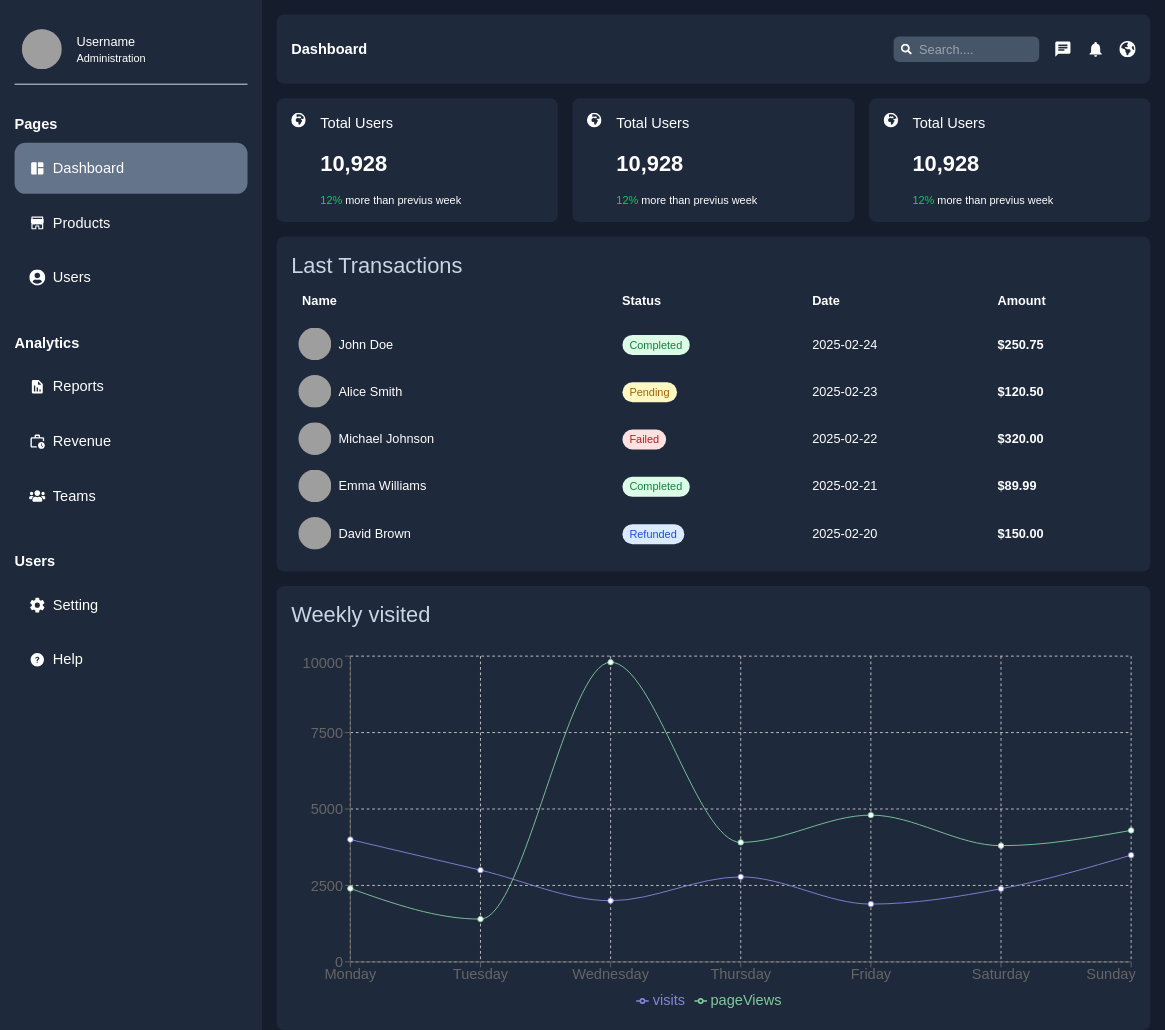
Repository: Than-sothearak/next-computer-admin
Page: /dashboard
These files come from the project's save history. The page is drawn as it stood at one moment and after the next save; the edit follows.
The browser window is 1280 px wide. The pictures show the whole page, at 91% of full size.
Pictures or frames that could not be fetched are drawn as grey boxes. The project was rebuilt for these pictures with package versions that can differ from the ones it lists, and the page was loaded fresh each time. The framework's server and built-in components were replaced by stand-ins that run in the browser. Also part of the build but not shown: next.config.mjs.

Above is the page before, as saved 2025-02-24 23:50:34.

### app/layout.js
import { Geist, Geist_Mono } from "next/font/google";
import "./globals.css";

const geistSans = Geist({
  variable: "--font-geist-sans",
  subsets: ["latin"],
});

const geistMono = Geist_Mono({
  variable: "--font-geist-mono",
  subsets: ["latin"],
});

export const metadata = {
  title: "Computer shop admin",
  description: "Computer shop admin",
};

export default function RootLayout({ children }) {
  return (
    <html lang="en">
      <body
        className={`${geistSans.variable} ${geistMono.variable} antialiased`}
      >
        {children}
      </body>
    </html>
  );
}

### app/dashboard/layout.js
import { Navbar } from "@/components/dashboard/navbar/navbar";
import { Sidebar } from "@/components/dashboard/sidebar/sidebar";

export default function DashboardLayout({ children }) {
  return (
    <div className="flex">
      <div className="bg-slate-800">
        <Sidebar />
      </div>
      <div className="w-full mt-4 mx-4">
        <Navbar />
        <div>{children}</div>
      </div>
    </div>
  );
}

### app/dashboard/page.js
import LastTransactionComponent from "@/components/LastTransactionsComponent";
import LineChartComponent from "@/components/LineChartComponent";
import { FaEarthAfrica } from "react-icons/fa6";
const DashboardPage = () => {
  return (
    <>
      <div className="mt-4 rounded-lg flex max-sm:flex-wrap gap-4">
        <div className="w-full justify-start items-start flex gap-4 p-4 bg-slate-800 rounded-lg ">
          <div>
            <FaEarthAfrica />
          </div>
          <div className="flex flex-col gap-4">
            <h2>Total Users</h2>
            <h1 className="text-2xl font-bold">10,928</h1>
            <p className="text-green-500 text-xs">
              12% <span className="text-white">more than previus week</span>
            </p>
          </div>
        </div>

        <div className="w-full justify-start items-start flex gap-4 p-4 bg-slate-800 rounded-lg ">
          <div>
            <FaEarthAfrica />
          </div>
          <div className="flex flex-col gap-4">
            <h2>Total Users</h2>
            <h1 className="text-2xl font-bold">10,928</h1>
            <p className="text-green-500 text-xs">
              12% <span className="text-white">more than previus week</span>
            </p>
          </div>
        </div>

        <div className="w-full justify-start items-start flex gap-4 p-4 bg-slate-800 rounded-lg ">
          <div>
            <FaEarthAfrica />
          </div>
          <div className="flex flex-col gap-4">
            <h2>Total Users</h2>
            <h1 className="text-2xl font-bold">10,928</h1>
            <p className="text-green-500 text-xs">
              12% <span className="text-white">more than previus week</span>
            </p>
          </div>
        </div>
      </div>

      <LastTransactionComponent />

      <LineChartComponent />
    </>
  );
};

export default DashboardPage;

### app/globals.css
@tailwind base;
@tailwind components;
@tailwind utilities;

:root {
    --bg: #151c2c;
    --bgSoft: #182237;
    --text: white;
    --textSoft: #b7bac1;
}

*{
    margin:  0;
    padding: 0;
    box-sizing: border-box;
    font-family:Arial, Helvetica, sans-serif
}

body {
    background-color: var(--bg);
    color: var(--text);
}

a {
    color: inherit;
    text-decoration: none;
}

### components/dashboard/navbar/navbar.js
"use client"
import { FaSearch } from "react-icons/fa";
import { MdChat, MdNotifications } from "react-icons/md";
import { FaEarthAmericas } from "react-icons/fa6";
import { usePathname } from "next/navigation";
export const Navbar = () => {
  const pathName = usePathname()
  return (
    <div className="bg-slate-800 py-6 px-4 rounded-lg w-full flex justify-between items-center">
      <div>
        <h2 className="capitalize font-bold">{pathName.split("/").pop()}</h2>
      </div>
      <div className="flex gap-4 items-center">
        <div className="bg-slate-600 rounded-md w-40 flex relative items-center justify-start pl-2 gap-2 py-2">
          <FaSearch size={12}/>
          <input
            type="text"
            placeholder="Search...."
            className="w-28 text-sm border-none outline-none ring-0 focus:ring-0 focus:outline-none bg-transparent absolute top-0 bottom-0 left-7 overflow-hidden"
          />
        </div>
        <div className="cursor-pointer"><MdChat size={20}/></div>
        <div className="cursor-pointer"><MdNotifications size={20}/></div>
        <div className="cursor-pointer"><FaEarthAmericas size={18}/></div>
      </div>
    </div>
  );
};

### components/dashboard/sidebar/sidebar.js
"use client"
import { useState } from "react";
import { analyticNavigation, pageNavigation, userNavigation } from "@/lib/navLinks";
import { SidebarList } from "@/components/SidebarList";
import { IoMdMenu } from "react-icons/io";
import { IoClose } from "react-icons/io5";
import { SidebarListMobile } from "@/components/SidebarListMobile";

export const Sidebar = () => {
  const [isOpen, setIsOpen] = useState(false);

  return (
    <>

      <div className="mt-2 flex justify-center items-center lg:hidden">
      <span className="text-white text-lg font-semibold"></span>
        <button
          onClick={() => setIsOpen(true)}
          aria-label="Open Sidebar"
          title="Open Sidebar"
        >
          <IoMdMenu size={28} />
        </button>
      </div>
    {/* Mobile side */}
      <div className="lg:hidden ml-1 mt-4 z-50">
        <SidebarListMobile navList={pageNavigation}/>
        <SidebarListMobile navList={analyticNavigation} />
        <SidebarListMobile navList={userNavigation} />
      </div>


      <div
        className={`bg-slate-800 p-4 w-72 fixed top-0 left-0 z-50 transform transition-transform  duration-700 ease-in-out
          ${isOpen ? "translate-x-0" : "-translate-x-full"} lg:translate-x-0 lg:static max-sm:w-full
        `}
      >

        <div className="flex justify-between items-center  lg:hidden">
          <span className="text-white text-lg font-semibold">Menu</span>
          <button
            onClick={() => setIsOpen(false)}
            aria-label="Close Sidebar"
            title="Close Sidebar"
            className="text-white"
          >
            <IoClose size={28} />
          </button>
        </div>


        <div className="cursor-pointer flex items-center gap-4 px-2 py-4 text-white">
          <img className="w-11 h-11 bg-cover rounded-full"src="https://static.vecteezy.com/system/resources/previews/005/544/718/non_2x/profile-icon-design-free-vector.jpg"/>
          <div className="">
            <h1 className="text-sm">Username</h1>
            <p className="text-xs">Administration</p>

          </div>

          </div>
          <hr />

        <SidebarList navList={pageNavigation} />
        <SidebarList navList={analyticNavigation} />
        <SidebarList navList={userNavigation} />
      </div>

      {/* Overlay (closes sidebar when clicked) */}
      {isOpen && (
        <div
          className="fixed inset-0 bg-black bg-opacity-50 lg:hidden"
          onClick={() => setIsOpen(false)}
        />
      )}
    </>
  );
};

### components/LastTransactionsComponent.js
import { latestTransactions } from "@/data/lastTransactions";

export default function LastTransactionComponent () {

    const statusColors = {
        Completed: "bg-green-100 text-green-700",
        Pending: "bg-yellow-100 text-yellow-700",
        Failed: "bg-red-100 text-red-700",
        Refunded: "bg-blue-100 text-blue-700",
      };
    return (
        <div className="mt-4 rounded-lg bg-slate-800 p-4">
        <h1 className="text-2xl text-slate-300">Last Transactions</h1>
        <div>
        <table className="w-full rounded-lg overflow-hidden">
          <thead className="text-sm">
            <tr>
              <th className="p-3 text-left">Name</th>
              <th className="p-3 text-left">Status</th>
              <th className="p-3 text-left">Date</th>
              <th className="p-3 text-left">Amount</th>
            </tr>
          </thead>
          <tbody className="text-sm">
            {latestTransactions.map((transaction, index) => (
              <tr
                key={index}
                className=" transition-all"
              >
                <td className="p-2 flex gap-2 items-center"><img className="object-cover w-9 h-9 rounded-full " src="https://wac-cdn.atlassian.com/dam/jcr:ba03a215-2f45-40f5-8540-b2015223c918/Max-R_Headshot%20(1).jpg?cdnVersion=2574"/>{transaction.name}</td>
                <td className="p-3">
                  <span
                    className={`px-2 py-1 rounded-full text-xs font-medium ${
                      statusColors[transaction.status] || "bg-gray-100 text-gray-700"
                    }`}
                  >
                    {transaction.status}
                  </span>
                </td>
                <td className="p-3">{transaction.date}</td>
                <td className="p-3 font-semibold">${transaction.amount.toFixed(2)}</td>
              </tr>
            ))}
          </tbody>
        </table>
        </div>
      </div>
    )


}

### components/LineChartComponent.js
"use client"
import { LineChart, Line, XAxis, YAxis, CartesianGrid, Tooltip, Legend, ResponsiveContainer } from 'recharts';

const data = [
  {
    name: 'Monday',
    visits: 4000,
    pageViews: 2400,
    bounceRate: 2400,
  },
  {
    name: 'Tuesday',
    visits: 3000,
    pageViews: 1398,
    bounceRate: 2210,
  },
  {
    name: 'Wednesday',
    visits: 2000,
    pageViews: 9800,
    bounceRate: 2290,
  },
  {
    name: 'Thursday',
    visits: 2780,
    pageViews: 3908,
    bounceRate: 2000,
  },
  {
    name: 'Friday',
    visits: 1890,
    pageViews: 4800,
    bounceRate: 2181,
  },
  {
    name: 'Saturday',
    visits: 2390,
    pageViews: 3800,
    bounceRate: 2500,
  },
  {
    name: 'Sunday',
    visits: 3490,
    pageViews: 4300,
    bounceRate: 2100,
  },
];



export default function LineChartComponent() {
    return (
      <div className='mt-4 p-4 bg-slate-800 rounded-lg'>
        <h1 className="text-2xl text-slate-300">Weekly visited</h1>
        <div className='mt-6'>
        <ResponsiveContainer width="100%" height={400}>
        <LineChart data={data}>
          <CartesianGrid strokeDasharray="3 3" />
          <XAxis dataKey="name" />
          <YAxis />
          <Tooltip />
          <Legend />
          <Line type="monotone" dataKey="visits" stroke="#8884d8" />
          <Line type="monotone" dataKey="pageViews" stroke="#82ca9d" />
        </LineChart>
      </ResponsiveContainer>
        </div>
      </div>
    );
  }

### lib/navLinks.js
import { MdSpaceDashboard } from "react-icons/md";
import { AiFillShop } from "react-icons/ai"; // Replace with correct icon if needed
import { FaUserCircle, FaUsers } from "react-icons/fa";
import { BiSolidReport } from "react-icons/bi";
import { MdOutlineWorkHistory } from "react-icons/md";
import { IoSettingsSharp } from "react-icons/io5";
import { IoIosHelpCircle } from "react-icons/io";

export const pageNavigation = {
  name: "Pages",
  links: [ {
    path: "/dashboard",
    name: "Dashboard",
    icon: <MdSpaceDashboard size={18} />,
  },
  {
    path: "/dashboard/products",
    name: "Products",
    icon: <AiFillShop size={18} />,
  },
  {
    path: "/dashboard/users",
    name: "Users",
    icon: <FaUserCircle size={18} />,
  },]
}

export const analyticNavigation = {
  name: "Analytics",
  links: [
    {
      path: "/reports",
      name: "Reports",
      icon: <BiSolidReport size={18} />,
    },
    {
      path: "/revenue",
      name: "Revenue",
      icon: <MdOutlineWorkHistory size={18} />,
    },
    {
      path: "/dashboard/teams",
      name: "Teams",
      icon: <FaUsers size={18} />,
    },
  ]
}

export const userNavigation = {
  name: "Users",
  links: [
    {
      path: "/setting",
      name: "Setting",
      icon: <IoSettingsSharp size={18} />,
    },
    {
      path: "/help",
      name: "Help",
      icon: <IoIosHelpCircle size={18} />,
    },

  ]
}

  ;

### components/SidebarList.js
"use client"
import Link from 'next/link'
import { usePathname } from 'next/navigation';

export const SidebarList = ({navList}) => {
    const pathName = usePathname();
  return (
    <div className="mt-8 font-bold">
    {navList.name}
    <ul className="flex flex-col gap-1 mt-2 cursor-pointer">
      {navList.links.map((item) => (
        <Link
        title={item.name}
          href={item.path}
          key={item.path}
          className={`hover:bg-slate-700 flex gap-2 justify-start items-center ${
            pathName === item.path ? "bg-slate-500 hover:bg-slate-500" : "bg-balck "
          } rounded-xl px-4 py-4`}
        >
          <div>{item.icon}</div>
          <h2 className='font-normal'>{item.name}</h2>
        </Link>
      ))}
    </ul>
  </div>
  )
}

### components/SidebarListMobile.js
"use client"
import Link from 'next/link'
import { usePathname } from 'next/navigation';

export const SidebarListMobile = ({navList}) => {
    const pathName = usePathname();
  return (
    <div className="mt-4 z-10">
    <ul className="flex flex-col gap-1 mt-2 cursor-pointer">
      {navList.links.map((item) => (
        <Link
        title={item.name}
          href={item.path}
          key={item.path}
          className={` flex gap-2 justify-start items-center hover:bg-slate-700 ${
            pathName === item.path ? "bg-slate-500 hover:bg-slate-500" : "bg-balck "
          } rounded-xl px-4 py-4`}
        >
          <div>{item.icon}</div>

        </Link>
      ))}
    </ul>
  </div>
  )
}

### data/lastTransactions.js
export const latestTransactions = [
    {
      name: "John Doe",
      status: "Completed",
      date: "2025-02-24",
      amount: 250.75,
    },
    {
      name: "Alice Smith",
      status: "Pending",
      date: "2025-02-23",
      amount: 120.50,
    },
    {
      name: "Michael Johnson",
      status: "Failed",
      date: "2025-02-22",
      amount: 320.00,
    },
    {
      name: "Emma Williams",
      status: "Completed",
      date: "2025-02-21",
      amount: 89.99,
    },
    {
      name: "David Brown",
      status: "Refunded",
      date: "2025-02-20",
      amount: 150.00,
    },

  ];

Loaded but not shown: tailwind.config.mjs (common file)

After the next save:
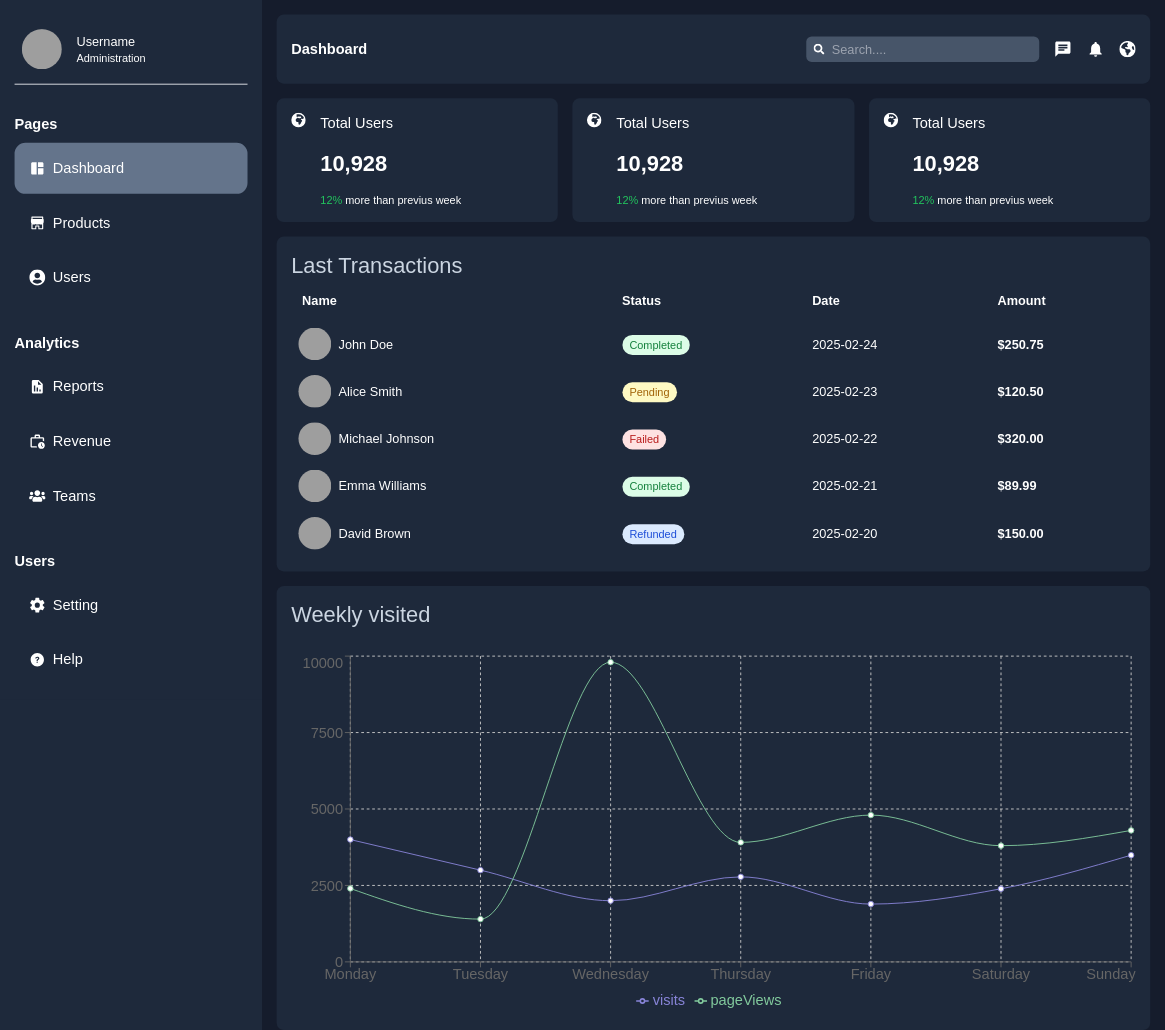
Saved 12 s later.
--- a/components/dashboard/navbar/navbar.js
+++ b/components/dashboard/navbar/navbar.js
@@ -11,7 +11,7 @@ export const Navbar = () => {
         <h2 className="capitalize font-bold">{pathName.split("/").pop()}</h2>
       </div>
       <div className="flex gap-4 items-center">
-        <div className="bg-slate-600 rounded-md w-40 flex relative items-center justify-start pl-2 gap-2 py-2">
+        <div className="bg-slate-600 rounded-md w-64 flex relative items-center justify-start pl-2 gap-2 py-2">
           <FaSearch size={12}/>
           <input
             type="text"
